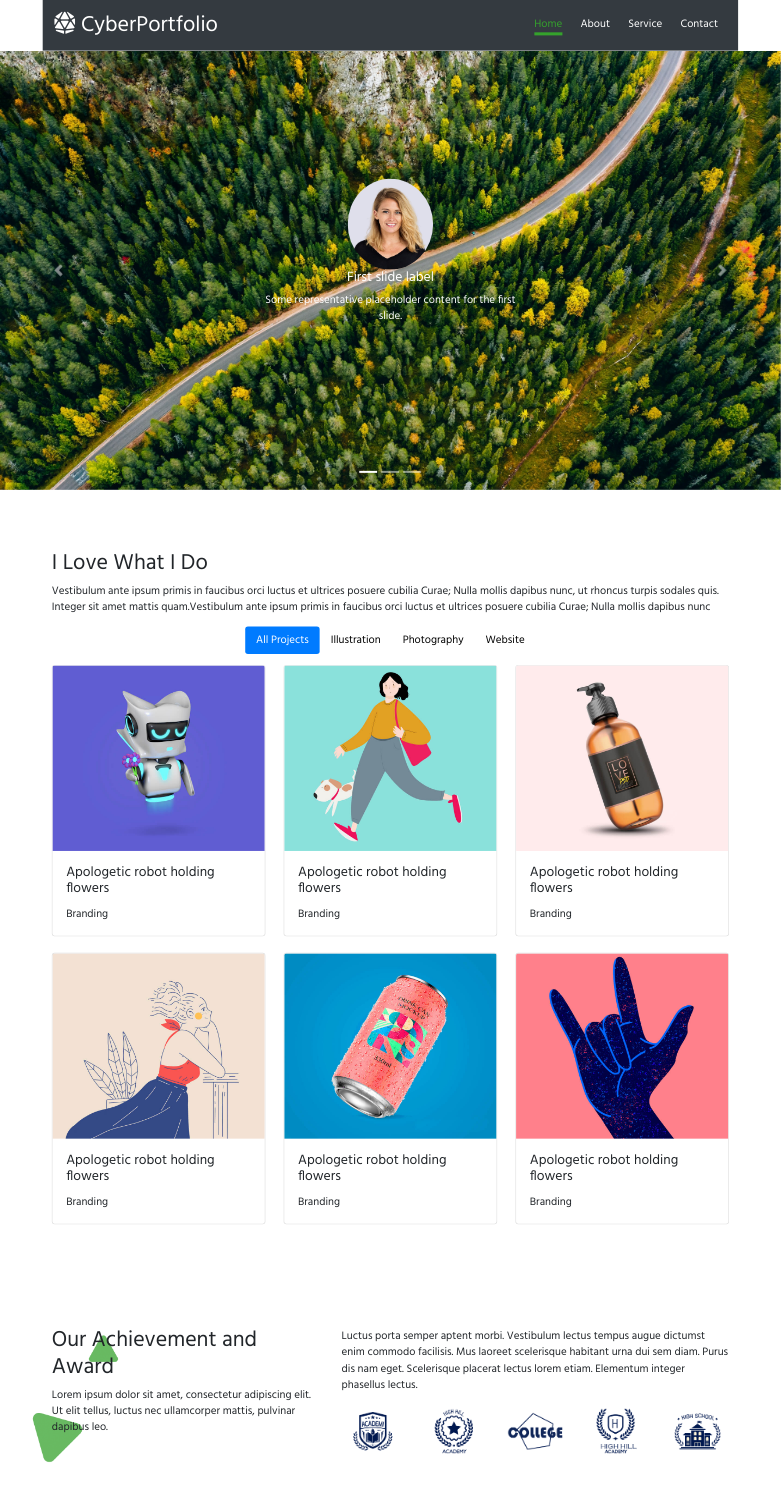
Repository: thanhfrankie/portfolio
Page: index.html
The author's editor kept a copy of each file at every save. The page is drawn from the files as they stood at one save, then again after a run of saves.
The browser window is 1280 px wide. The pictures show the whole page, at 61% of full size.

Above is the page before, as saved 2023-11-30 10:44:16.

After the next 3 saves:
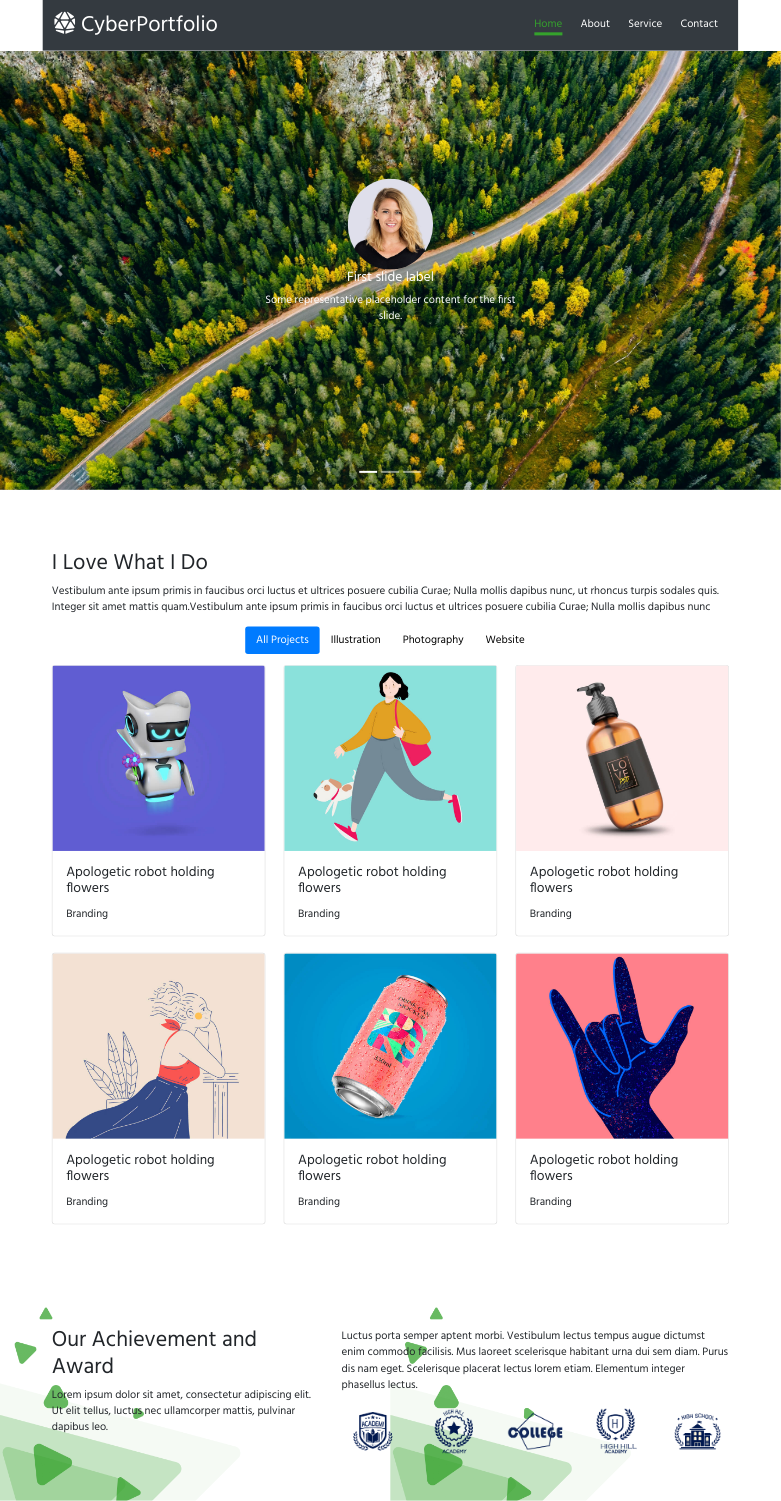
The 3 saves are shown as one change because they came seconds apart.
The last was saved 28 s later.
--- a/css/style.css
+++ b/css/style.css
@@ -82,4 +82,6 @@ header .navbar-brand {
 .awards {
     padding: 70px 0;
     background-image: url(../img/memphis_3.png);
+    background-size: 50%;
+
 }
